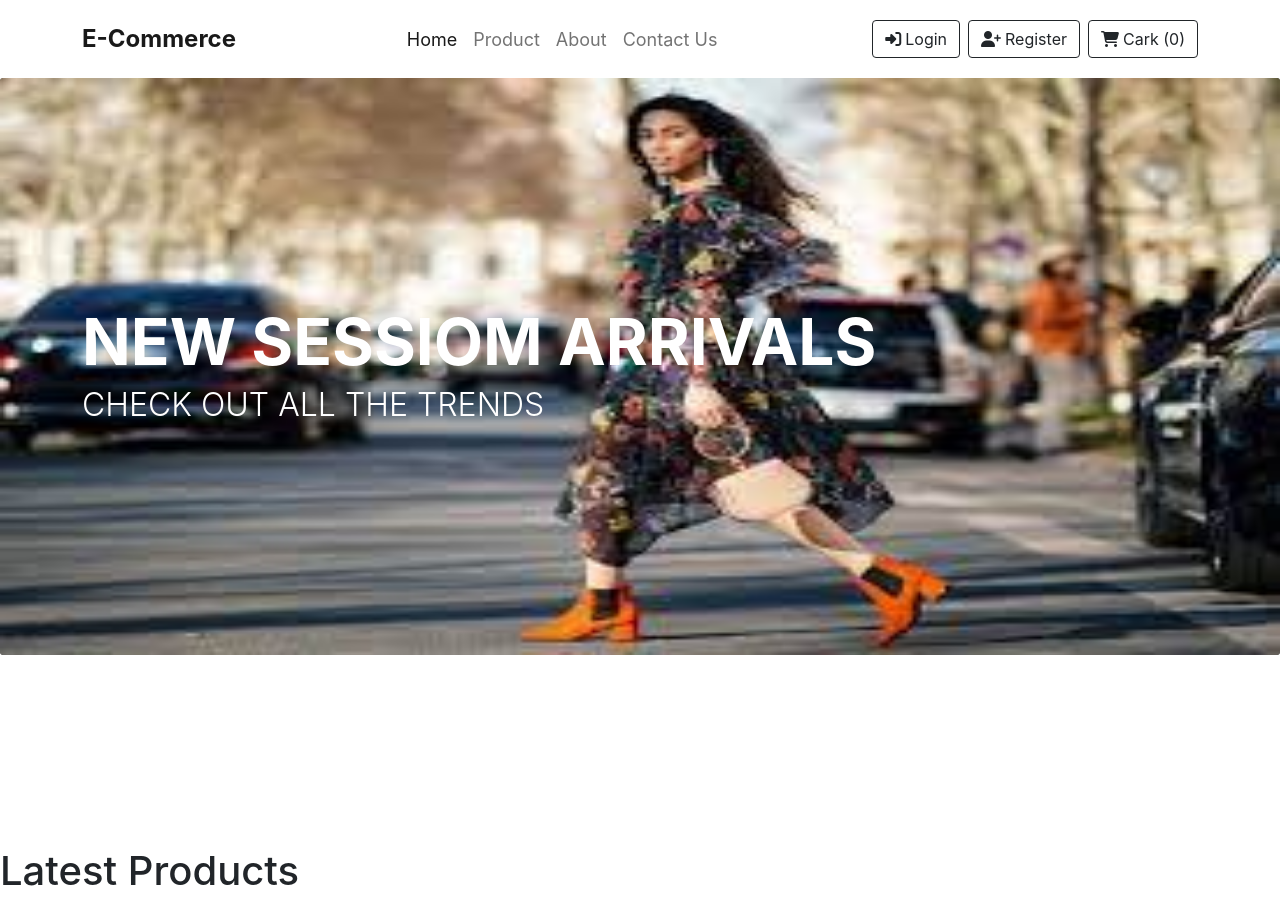
Repository: Sanjayjangra88/online_shop
Page: /products
These files come from the project's save history. The page is drawn as it stood at one moment and after the next save; the edit follows.
The browser window is 1280 px wide. The pictures show the whole page.
Some web libraries are served in a nearby version. The project was rebuilt for these pictures with package versions that can differ from the ones it lists, and the page was loaded fresh each time.

Above is the page before, as saved 2022-03-29 20:55:43.

After the next save:
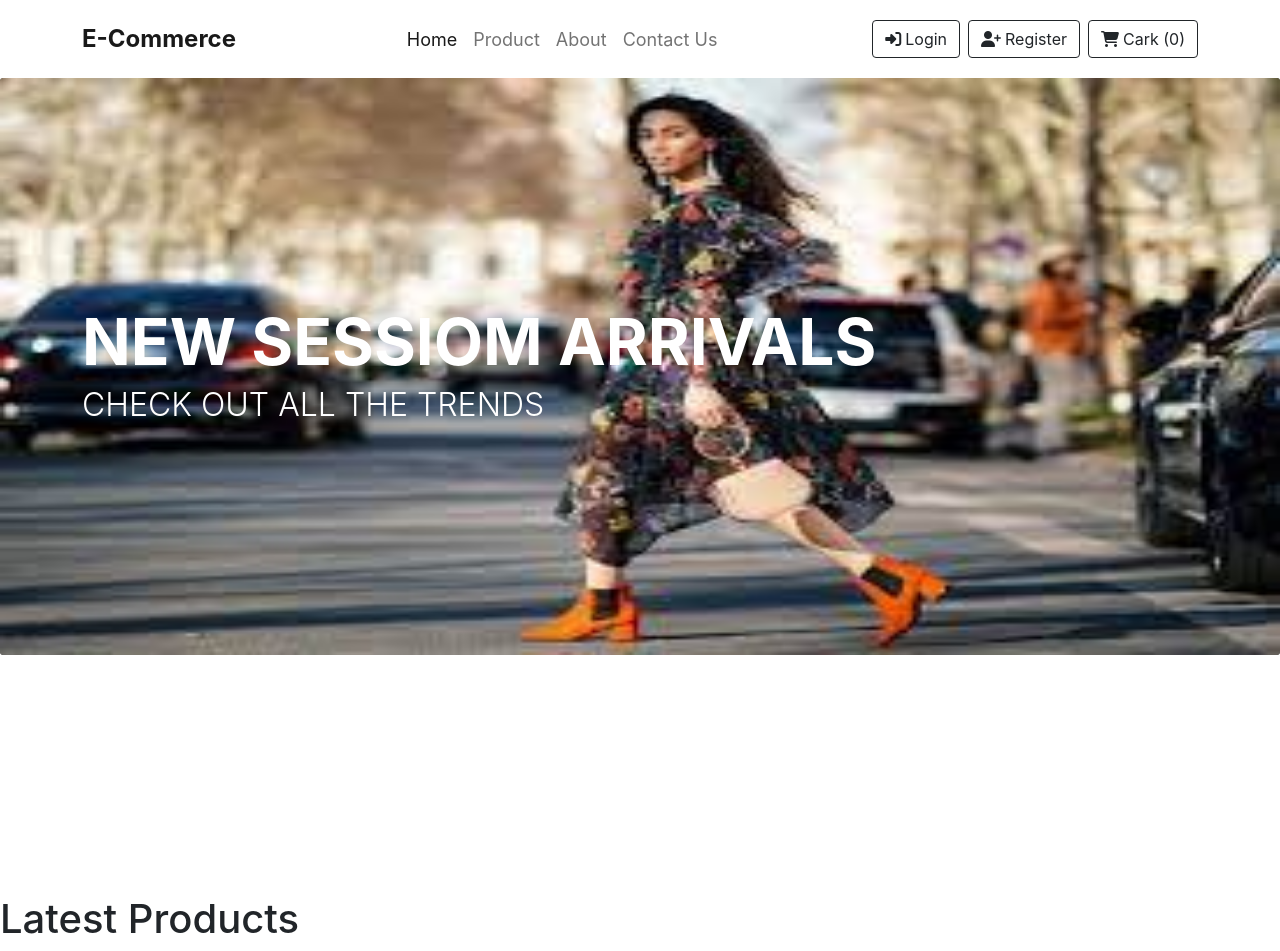
Saved 30 s later.
--- a/src/components2/Products.jsx
+++ b/src/components2/Products.jsx
@@ -28,7 +28,7 @@
     <div>
       <div className="container my-5 py-5"></div>
       <div className="row"></div>
-      <div className="col-12"></div>
+      <div className="col-12 mb-5"></div>
       <h1>Latest Products</h1>
     </div>
   )
